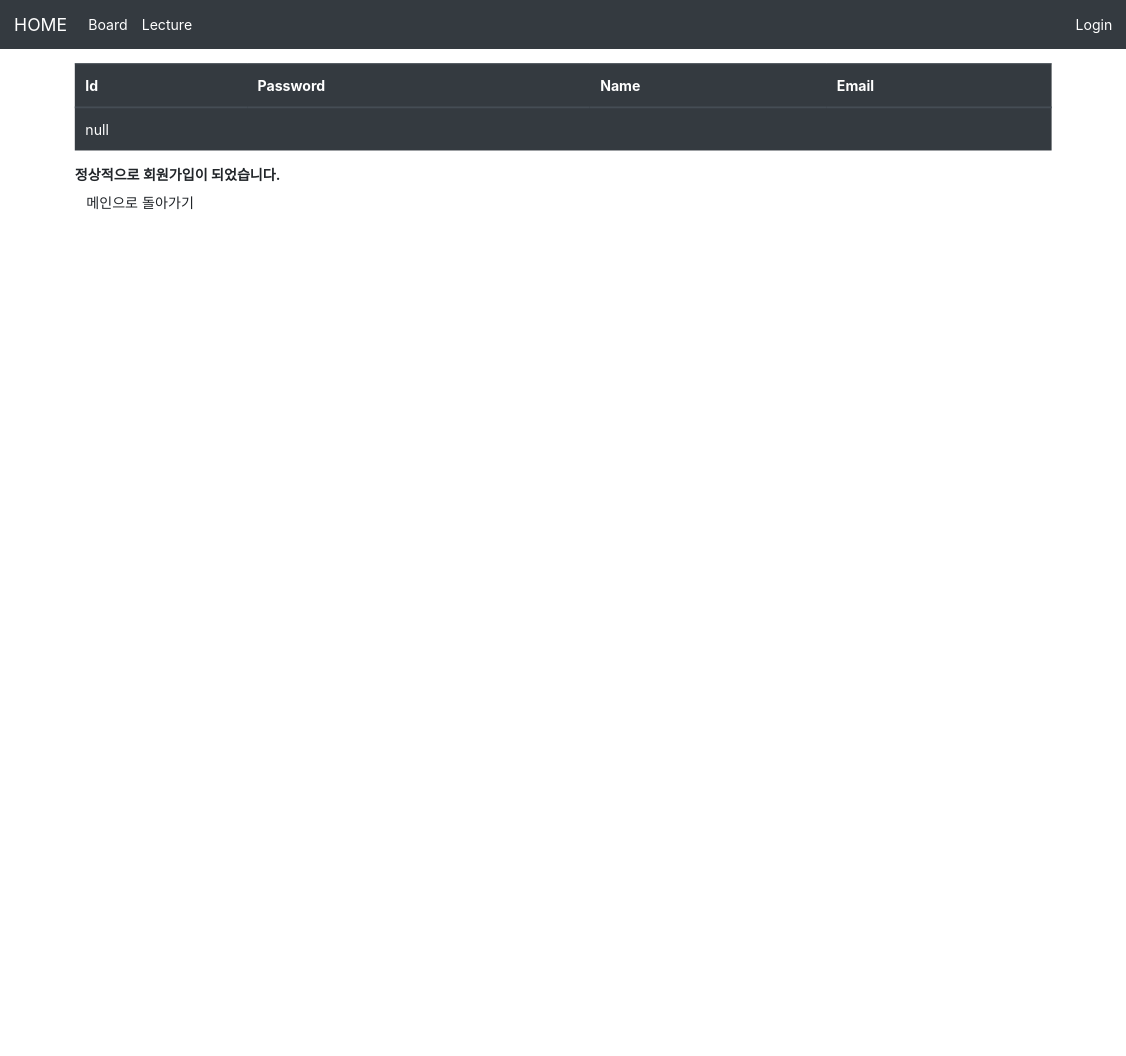
Repository: jeongeun-cloud/spring-study
Page: http://localhost/Session/registerAction.jsp
An editor plug-in stored every save of this project. The page is shown before and after the next save, followed by the edit.
The browser window is 1280 px wide. The pictures show the whole page, at 88% of full size.
The page is served by Tomcat 9. Other server files are loaded and not shown. Queries for data that is not in the repository find no rows.

Above is the page before, as saved 2020-06-04 11:40:56.

### jsp_work/Session/WebContent/registerAction.jsp
<%@page import="jdbc.User"%>
<%@page import="jdbc.UserDao"%>
<%@ page language="java" contentType="text/html; charset=UTF-8"
    pageEncoding="UTF-8"%>


<!DOCTYPE html PUBLIC "-//W3C//DTD HTML 4.01 Transitional//EN" "http://www.w3.org/TR/html4/loose.dtd">
<html>
<head>
<meta http-equiv="Content-Type" content="text/html; charset=UTF-8">
<title>Insert title here</title>
</head>
<body>
	<jsp:useBean id="user" class="jdbc.User" scope="request" />
	<jsp:setProperty name="user" property="*"/>

	<%
		UserDao dao = UserDao.getInstance();
		dao.insertUser(user);
	%>

	<jsp:forward page="userInfo.jsp" />


</body>
</html>

### jsp_work/Session/WebContent/userInfo.jsp
<%@ page language="java" contentType="text/html; charset=UTF-8"
    pageEncoding="UTF-8"%>
<!DOCTYPE html PUBLIC "-//W3C//DTD HTML 4.01 Transitional//EN" "http://www.w3.org/TR/html4/loose.dtd">
<html>
<head>
<meta http-equiv="Content-Type" content="text/html; charset=UTF-8">
<title>Insert title here</title>
<link href="//maxcdn.bootstrapcdn.com/bootstrap/4.0.0/css/bootstrap.min.css" rel="stylesheet" id="bootstrap-css">
<style>
	.container{
		width:80%;
	}
</style>
</head>
<body>
	<!-- 헤더 임포트 -->
	<jsp:include page="include/header.jsp" flush="false"/>
	<!-- 자바 빈 임포트 -->
	<jsp:useBean id="user" class="jdbc.User" />
	<jsp:setProperty name="user" property="*"/>

	<div class="container">
		<table class="table table-hover table-dark">
		  <thead>
		    <tr>
		      <th scope="col">Id</th>
		      <th scope="col">Password</th>
		      <th scope="col">Name</th>
		      <th scope="col">Email</th>
		    </tr>
		  </thead>
		  <tbody>
		    <tr>
		      <!-- <th scope="row">1</th> -->
		      <td><%=user.getId() %></td>
		      <td>${param.pwd}</td>
		      <td>${param.name}</td>
		      <td>${param.email}</td>
		    </tr>
		  </tbody>
		</table>

		<b> 정상적으로 회원가입이 되었습니다. </b> <br>
		<button class="btn btn-default" onclick="location.href='/Session/index.jsp'"> 메인으로 돌아가기 </button>
	</div>

</body>
</html>

### jsp_work/Session/WebContent/include/header.jsp
<%@ page language="java" contentType="text/html; charset=UTF-8"
    pageEncoding="UTF-8"%>

<%
	// 세션으로 확인 할 때
	String id = (String)session.getAttribute("id");

	// 세션(id)가 비어 있으면
	String logChk = id==null? "Login" : "Logout" ;
	String src = id==null? "/Session/loginForm.jsp" : "/Session/logout.jsp";
 	String show = id==null? "" : "none";

%>

<!doctype html>
<html lang="en">
  <head>

    <!-- Bootstrap and CSS -->
	<link rel="stylesheet" href="https://stackpath.bootstrapcdn.com/bootstrap/4.5.0/css/bootstrap.min.css">

    <style>
    /* Show it is fixed to the top */
	body {
	  min-height: 75rem;
	  padding-top: 4.5rem;
	}

	.navbar-brand {
		background-color: unset;
		box-shadow: none;
	}

      .bd-placeholder-img {
        font-size: 1.125rem;
        text-anchor: middle;
        -webkit-user-select: none;
        -moz-user-select: none;
        -ms-user-select: none;
        user-select: none;
      }

      @media (min-width: 768px) {
        .bd-placeholder-img-lg {
          font-size: 3.5rem;
        }
      }

      a, a:hover{
      	color:#fff;
      	text-decoration: none;
      }

      #sign-up{
      	margin-left:10px;
      }

    </style>

  </head>
  <body>
    <nav class="navbar navbar-expand-md navbar-dark fixed-top bg-dark">
	  <a class="navbar-brand" href="/Session/index.jsp">HOME</a>
	  <button class="navbar-toggler" type="button" data-toggle="collapse" data-target="#navbarCollapse" aria-controls="navbarCollapse" aria-expanded="false" aria-label="Toggle navigation">
	    <span class="navbar-toggler-icon"></span>
	  </button>
	  <div class="collapse navbar-collapse" id="navbarCollapse">
	    <ul class="navbar-nav mr-auto">
	      <li class="nav-item">
	        <a class="nav-link active" href="/Session/board.jsp">Board</a>
	      </li>
	      <li class="nav-item active">
	        <a class="nav-link" href="/Session/lecture.jsp">Lecture</a>
	      </li>
	    </ul>
	    <a class="nav-login" href="<%=src %>"><%=logChk %></a>
	    <%-- <a class="nav-login" id="sign-up" style="display:<%=show %>;" href="/Session/signupForm.jsp">Sign Up</a> --%>
	  </div>
	</nav>
   </body>

</html>

### jsp_work/Session/src/jdbc/User.java
package jdbc;

import java.sql.Timestamp;

public class User implements java.io.Serializable {
	String id, pwd, name, email;
	Timestamp inDate, upDate;

	public User() {
		// TODO Auto-generated constructor stub
	}

	public String getId() {
		return id;
	}

	public void setId(String id) {
		this.id = id;
	}

	public String getPwd() {
		return pwd;
	}

	public void setPwd(String pwd) {
		this.pwd = pwd;
	}

	public String getName() {
		return name;
	}

	public void setName(String name) {
		this.name = name;
	}

	public String getEmail() {
		return email;
	}

	public void setEmail(String email) {
		this.email = email;
	}

	public Timestamp getInDate() {
		return inDate;
	}

	public void setInDate(Timestamp inDate) {
		this.inDate = inDate;
	}

	public Timestamp getUpDate() {
		return upDate;
	}

	public void setUpDate(Timestamp upDate) {
		this.upDate = upDate;
	}

	public User(String id) {
		this.id = id;
	}


	public User(String id, String pwd, String name, String email) {
		this.id = id;
		this.pwd = pwd;
		this.name = name;
		this.email = email;
	}

	public User(String id, String pwd, String name, String email, Timestamp inDate, Timestamp upDate) {
		this.id = id;
		this.pwd = pwd;
		this.name = name;
		this.email = email;
		this.inDate = inDate;
		this.upDate = upDate;
	}

	@Override
	public String toString() {
		return "User [id=" + id + ", pwd=" + pwd + ", name=" + name + ", email=" + email + ", inDate=" + inDate
				+ ", upDate=" + upDate + "]";
	}

}

### jsp_work/Session/src/jdbc/UserDao.java
package jdbc;

import java.sql.Connection;
import java.sql.DriverManager;
import java.sql.PreparedStatement;
import java.sql.ResultSet;
import java.sql.SQLException;
import java.sql.Timestamp;
import java.util.ArrayList;
import java.util.List;


class Dao {
	Connection conn;
	String tableName = "";

	Dao() {
		this(null, "");
	}

	Dao(String tableName) {
		this(null, tableName);
	}

	Dao(Connection conn, String tableName) {
		this.tableName = tableName;
		this.conn = conn;

		if(conn==null) {
			this.conn = JdbcUtil.getConnection();
		}
	}

	void rollback(){
		if(conn!=null) {
			try {
				conn.rollback();
			} catch(SQLException e){
				e.printStackTrace();
			}
		}
	}

	void close(AutoCloseable... acs) {
		try {
			for(AutoCloseable ac : acs) {
				if(ac!=null) ac.close();
			}
		} catch(Exception e) {}
	}

} // Dao 끝

public class UserDao extends Dao {

	Connection conn = JdbcUtil.getConnection();
	PreparedStatement pstmt = null;
	ResultSet rs = null;

	UserDao() {
		super(null, "USER_INFO");
	}

	UserDao(Connection conn) {
		super(conn, "USER_INFO");
	}

	private static UserDao instance; // 참조변수는 지정해주지 않을 경우 null로 초기화 됨
	public static UserDao getInstance() {
		if(instance == null) {
			instance = new UserDao();
		}
		return instance;
	}

	public int insertUser(User u) {
		//  insertUser()메서드를 작성하시오.(PreparedStatement)
		int result = 0;
		String sql = "insert into "+ tableName +" values(?,?,?,?,?,?)";

		try {
			pstmt = conn.prepareStatement(sql);
			pstmt.setString(1, u.getId());
			pstmt.setString(2, u.getPwd());
			pstmt.setString(3, u.getName());
			pstmt.setString(4, u.getEmail());
			pstmt.setTimestamp(5, new Timestamp(System.currentTimeMillis()));
			pstmt.setTimestamp(6, new Timestamp(System.currentTimeMillis()));

			result = pstmt.executeUpdate();

		} catch (Exception e) {
			e.printStackTrace();
		}finally {
			close(pstmt);
		}
		return result;
	}

	public int updateUser(User u) {
		//updateUser()메서드를 작성하시오.(PreparedStatement)
		int result = 0;
		String sql = "update user_info set password=?, name=?, email=?, up_date=? where user_id=?";

		try {
			pstmt = conn.prepareStatement(sql);
			pstmt.setString(1, u.getPwd());
			pstmt.setString(2, u.getName());
			pstmt.setString(3, u.getEmail());
			pstmt.setTimestamp(4, new Timestamp(System.currentTimeMillis()));
			pstmt.setString(5, u.getId());

			result = pstmt.executeUpdate();

		} catch (Exception e) {
			e.printStackTrace();
		}finally {
			close(pstmt);
		}

		return result;
	}

	public User selectUser(String userId) {
		User user = null;

		String sql = "select * from "+ tableName +" where USER_ID=?";
		try {

			pstmt = conn.prepareStatement(sql);
			pstmt.setString(1, userId);

			rs = pstmt.executeQuery();

			while(rs.next()) {
				String id = rs.getString("USER_ID");
				String pwd = rs.getString("PASSWORD");
				String name = rs.getString("NAME");
				String email = rs.getString("EMAIL");
				Timestamp inDate = rs.getTimestamp("IN_DATE");
				Timestamp upDate = rs.getTimestamp("UP_DATE");

				user = new User(id, pwd, name, email, inDate, upDate);
			}

		} catch (Exception e) {
			e.printStackTrace();
		}finally {
			close(rs, pstmt);
		}

		return user;
	}

	public int deleteUser(String userId) {
		// deleteUser메서드를 작성하시오.
		int result = 0;
		String sql = "delete from " + tableName + " where USER_ID=?";

		try {
			pstmt = conn.prepareStatement(sql);
			pstmt.setString(1, userId);

			result = pstmt.executeUpdate();

		} catch (Exception e) {
			e.printStackTrace();
		}finally {
			close(pstmt);
		}

		return result;
	}

	public int deleteAll() {
		int result = 0;
		String sql = "delete from " + tableName;

		try {
			pstmt = conn.prepareStatement(sql);
			result = pstmt.executeUpdate();

		} catch (Exception e) {
			e.printStackTrace();
		}finally {
			close(pstmt);
		}

		return result;
	}

	public List<User> selectAllUsers() {
		List<User> list = new ArrayList<User>();

		String sql = "SELECT * FROM " + tableName;
		try {
			pstmt = conn.prepareStatement(sql);
			rs = pstmt.executeQuery();

			while (rs.next()) {
				User user = new User();
				user.setId(rs.getString("USER_ID"));
				user.setPwd(rs.getString("PASSWORD"));
				user.setName(rs.getString("NAME"));
				user.setEmail(rs.getString("EMAIL"));
				user.setInDate(rs.getTimestamp("IN_DATE"));
				user.setUpDate(rs.getTimestamp("UP_DATE"));

				list.add(user);
			}

		} catch ( Exception e ) {
			e.printStackTrace();
		} finally {
			close(rs, pstmt);
		}

		return list;
	}
}

### jsp_work/Session/src/jdbc/JdbcUtil.java
package jdbc;

import java.sql.Connection;
import java.sql.DriverManager;

public class JdbcUtil {

	public static Connection getConnection() {
		Connection conn = null;

		String DB_URL = "jdbc:oracle:thin:@127.0.0.1:1521:XE";
		String DB_USER = "student";
		String DB_PASSWORD = "1234";
		try {
			Class.forName("oracle.jdbc.driver.OracleDriver");
			conn = DriverManager.getConnection(DB_URL, DB_USER, DB_PASSWORD);
			System.out.println("연결 성공");

		} catch (Exception e) {
			e.printStackTrace();
		}

		return conn;
	}

}

After the next save:
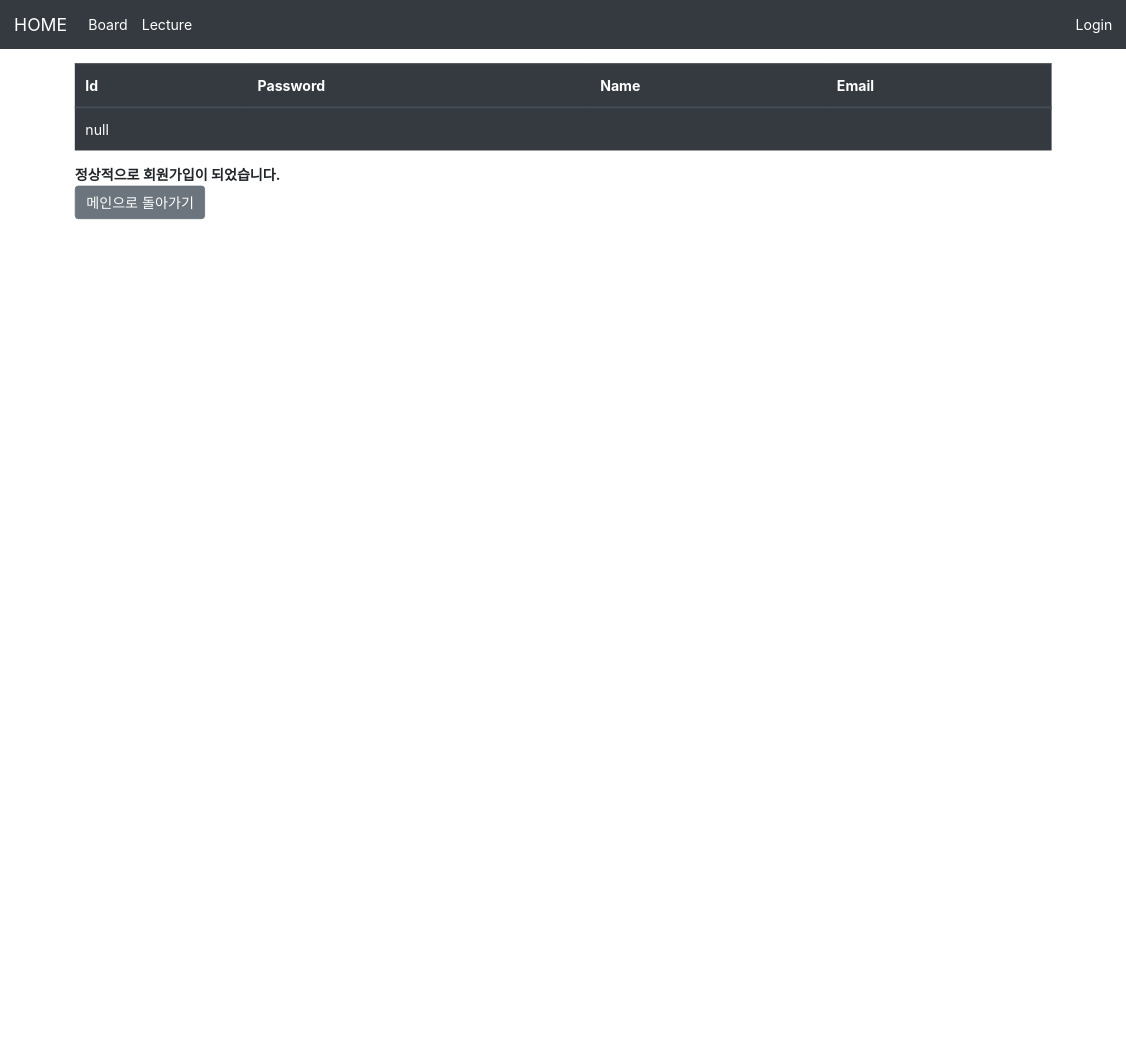
Saved 40 s later.
--- a/jsp_work/Session/WebContent/userInfo.jsp
+++ b/jsp_work/Session/WebContent/userInfo.jsp
@@ -41,7 +41,7 @@
 		</table>
 
 		<b> 정상적으로 회원가입이 되었습니다. </b> <br>
-		<button class="btn btn-default" onclick="location.href='/Session/index.jsp'"> 메인으로 돌아가기 </button>
+		<button class="btn btn-secondary" onclick="location.href='/Session/index.jsp'"> 메인으로 돌아가기 </button>
 	</div>
 
 </body>
